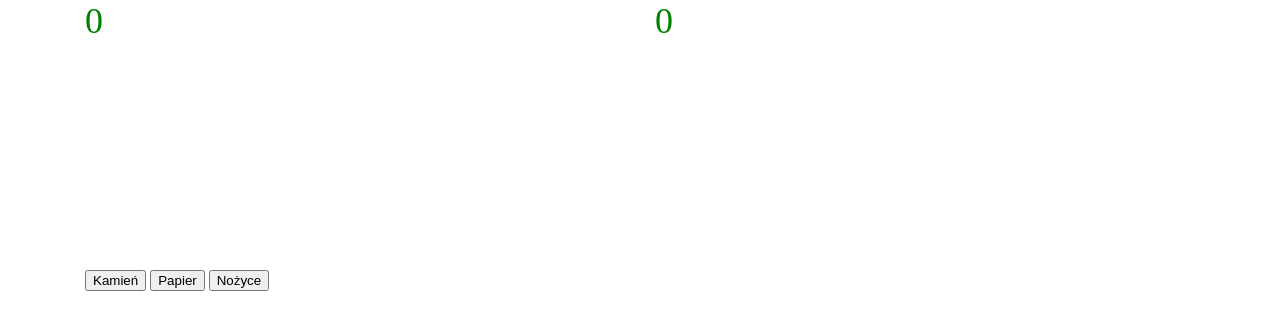
Repository: ulasup/javascript-prework
Page: index.html
The author's editor kept a copy of each file at every save. The page is drawn from the files as they stood at one save, then again after the next save.
The browser window is 1280 px wide. The pictures show the whole page.
Some web libraries are served in a nearby version. The style sheet was rebuilt from its Sass, Less or Tailwind sources for each picture, by a compiler version that may differ from the author's.

Above is the page before, as saved 2020-12-12 16:57:34.

After the next save:
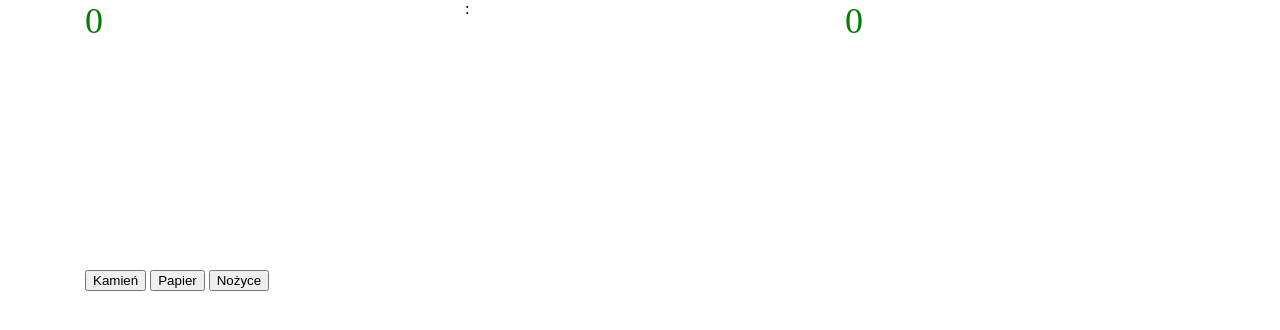
Saved 32 s later.
--- a/index.html
+++ b/index.html
@@ -10,8 +10,9 @@
 <body>
 	<div class="container">
 		<div class=row>
-		<div class="player col-6">0</div>
-		<div class="computer col-6">0</div>
+		<div class="player col-4">0</div>
+		<div class="score col-4">:</div>
+		<div class="computer col-4">0</div>
 		</div>
 		<div id="buttons">
 			<button id="button-rock" type="button">Kamień</button>
